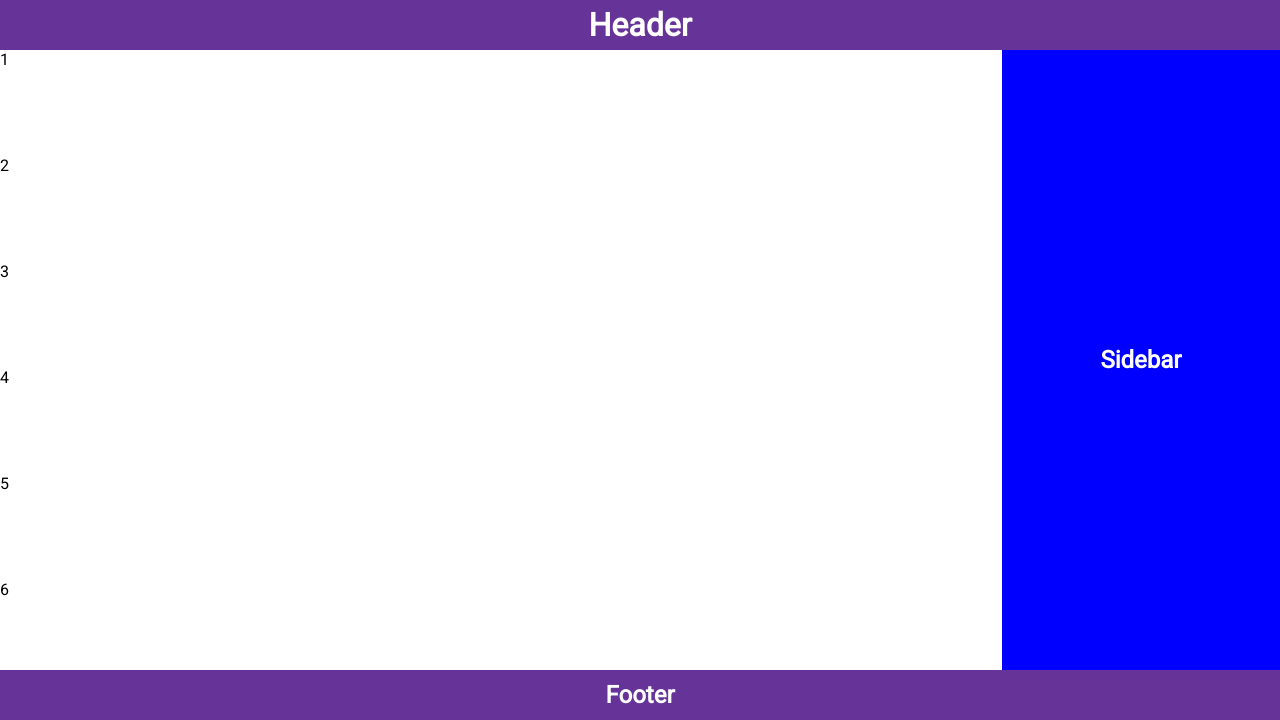
Repository: JavaProgrammerFromEastEurope/project-css-full-tutorial
Page: 15_lesson/index.html
These files come from the project's save history. The page is drawn as it stood at one moment and after a run of saves; the edit follows.
The browser window is 1280 px wide. The pictures show the whole page.

Above is the page before, as saved 2023-04-07 11:50:04.

After the next 4 saves:
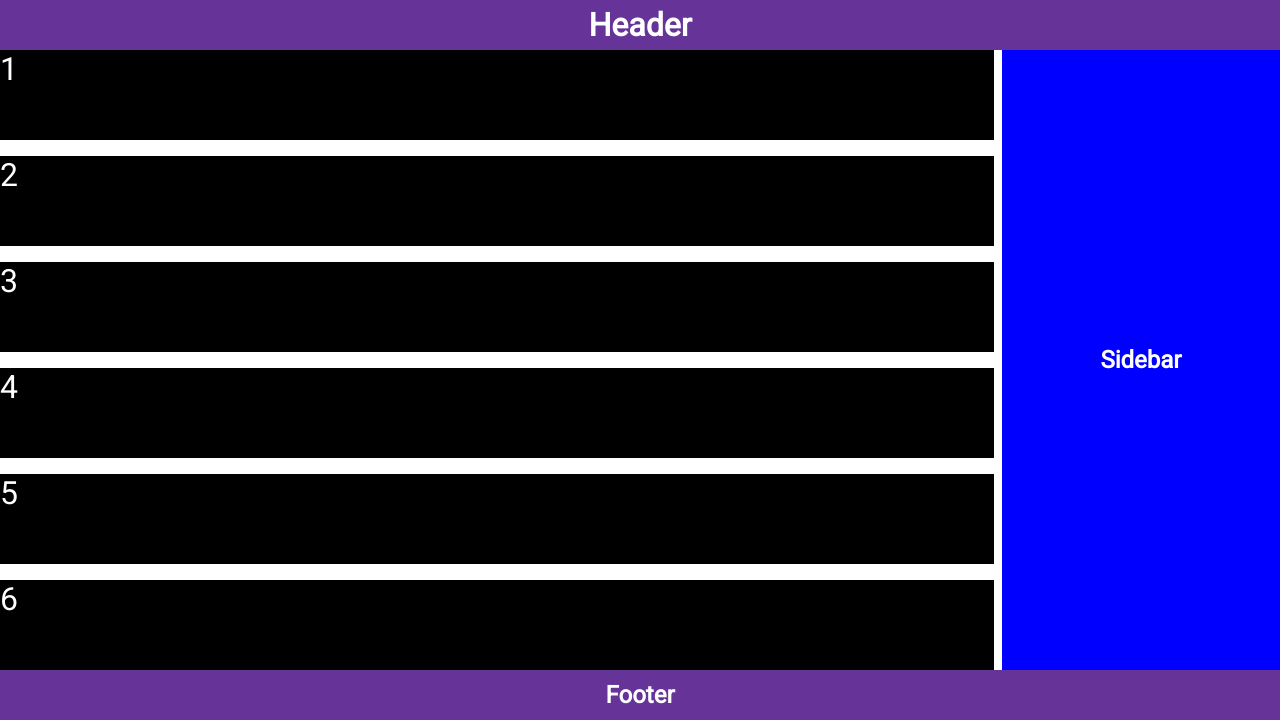
The 4 saves are shown as one change because they came seconds apart.
The last was saved 17 s later.
--- a/15_lesson/css/style.css
+++ b/15_lesson/css/style.css
@@ -50,5 +50,8 @@ body {
 }
 
 .box {
-	background
+	background-color: #000;
+	color: #fff;
+	font-size: 2rem;
+	padding
 }
